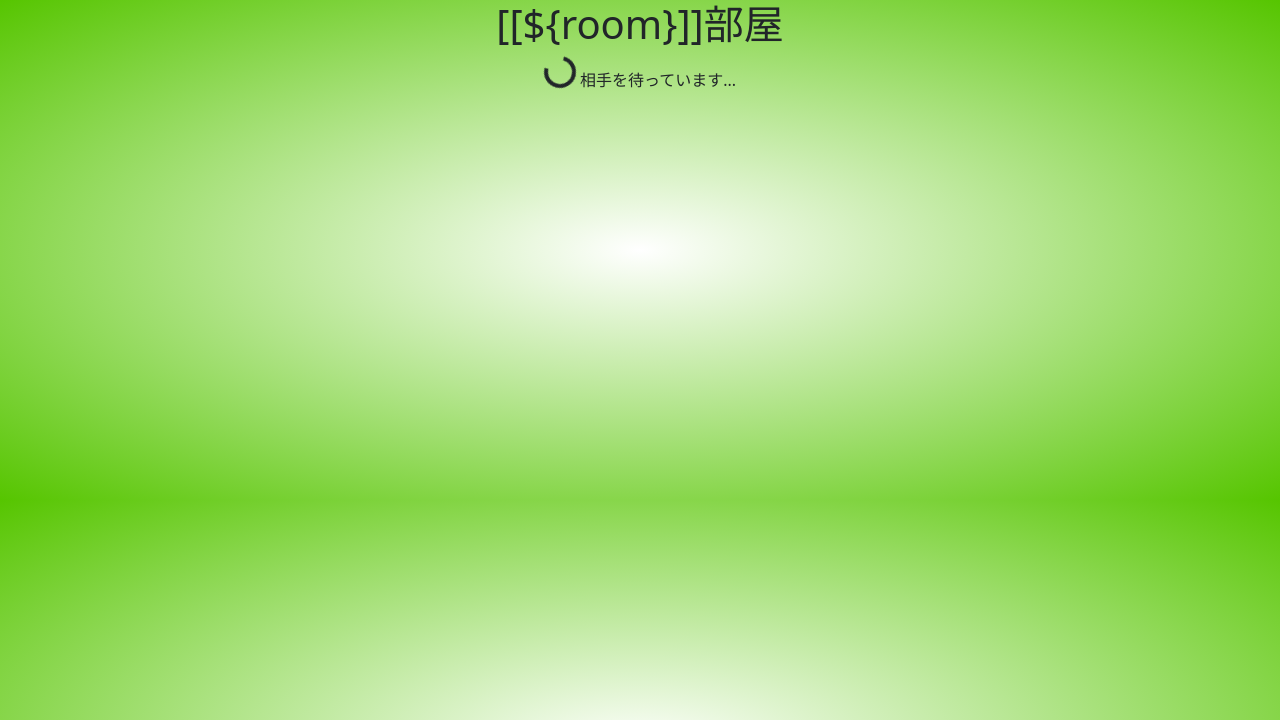
Repository: e1b21074/field_arena
Page: .log/field_arena/src/main/resources/templates/room.html
The author's editor kept a copy of each file at every save. The page is drawn from the files as they stood at one save, then again after the next save.
The browser window is 1280 px wide. The pictures show the whole page.
The page's requests for data from a server got no answer.

Above is the page before, as saved 2024-01-05 23:56:45.

After the next save:
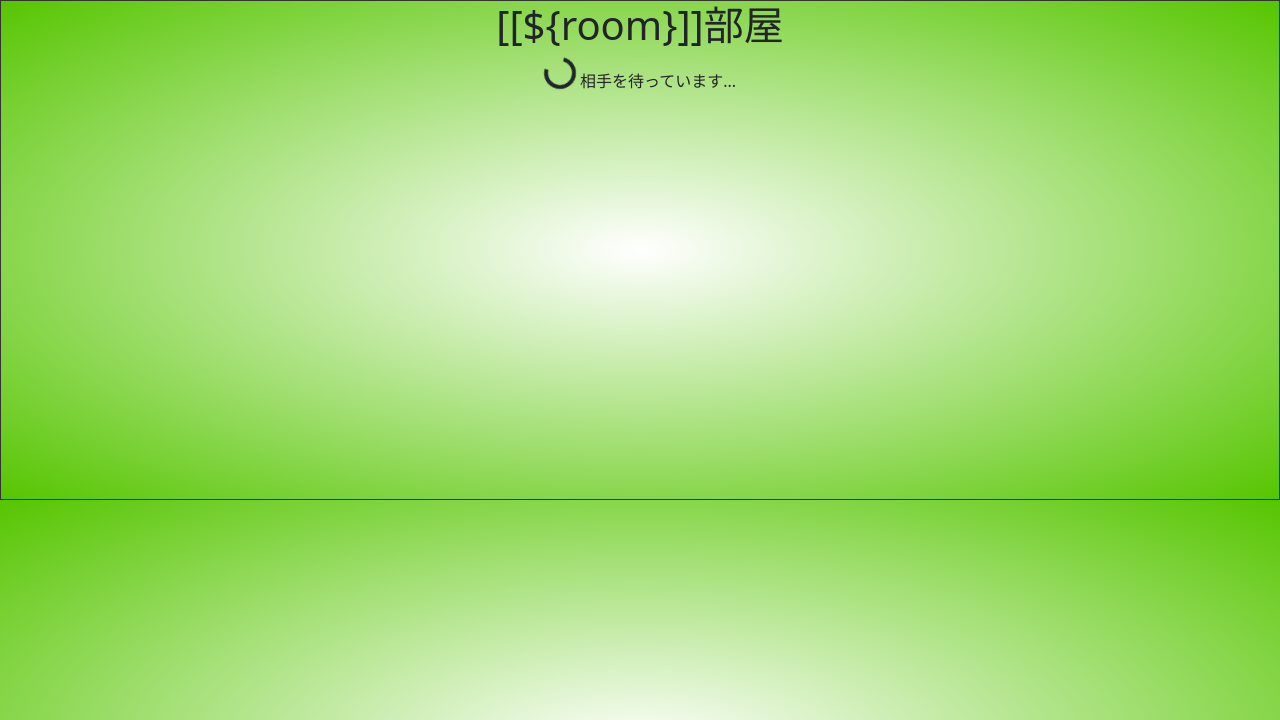
Saved 40 s later.
--- a/.log/field_arena/src/main/resources/templates/room.html
+++ b/.log/field_arena/src/main/resources/templates/room.html
@@ -24,6 +24,7 @@
   .gradient {
     background:radial-gradient(#fff, #56C500);
     height: 500px;
+    border: 1px solid #333;
  }
   </style>
 </head>
